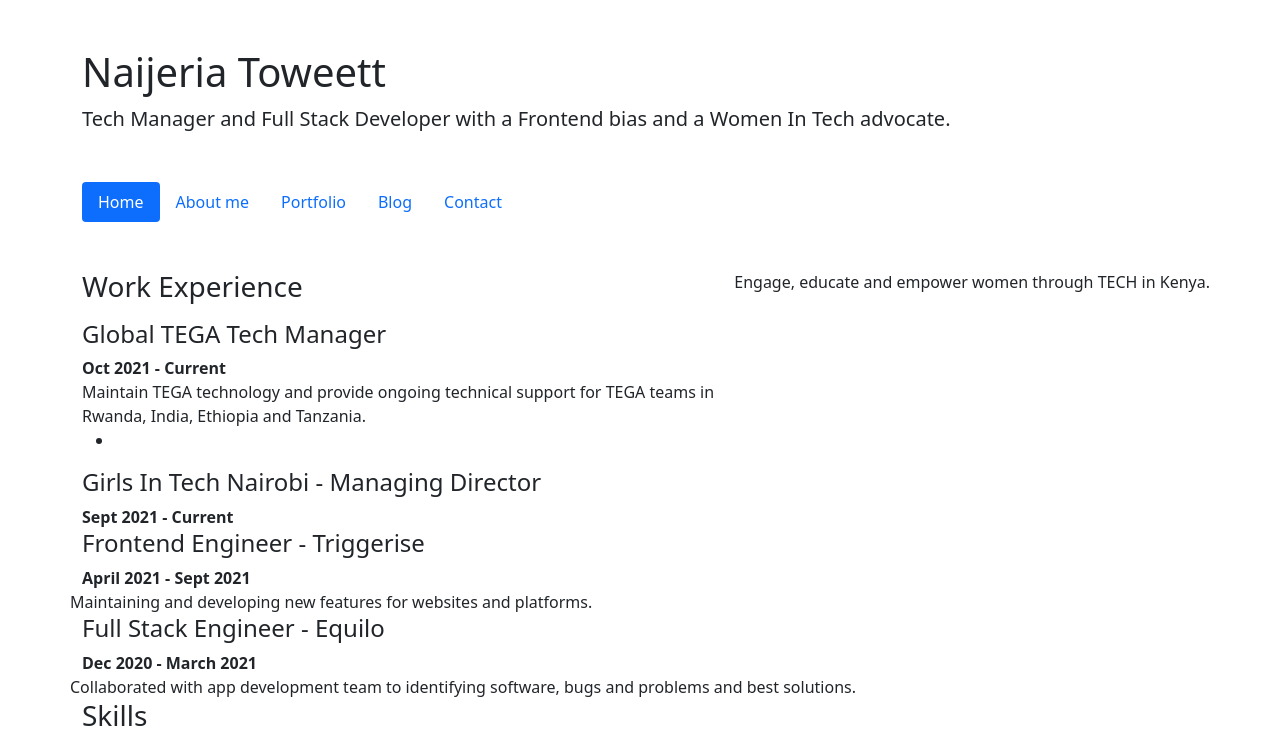
Repository: mamatechafrica/portfolio
Page: index.html
These files come from the project's save history. The page is drawn as it stood at one moment and after the next save; the edit follows.
The browser window is 1280 px wide. The pictures show the whole page.

Above is the page before, as saved 2022-01-04 14:24:38.

After the next save:
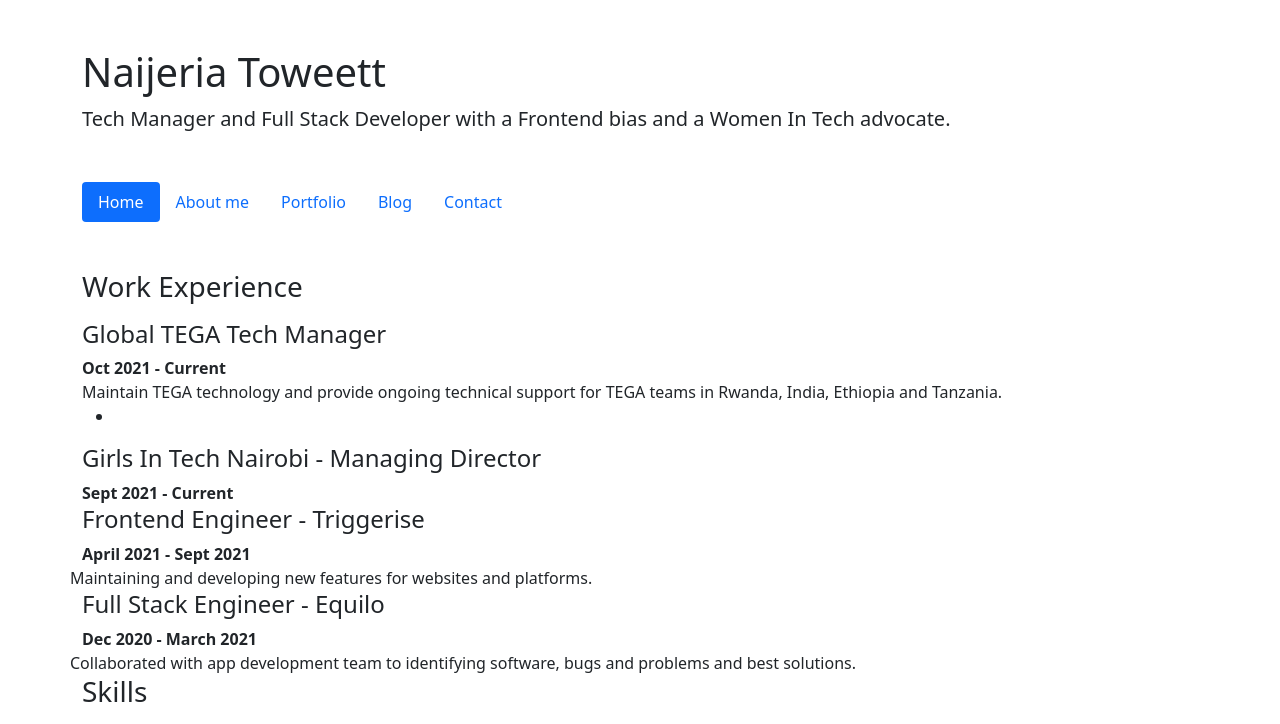
Saved 11 s later.
--- a/index.html
+++ b/index.html
@@ -55,7 +55,7 @@
                     <h4>Girls In Tech Nairobi - Managing Director</h4>
                         <strong>Sept 2021 - Current</strong>
                     </div>
-                        Engage, educate and empower women through TECH in Kenya.
+
                     <h4>Frontend Engineer - Triggerise</h4>
                     <div>
                         <strong>April 2021 - Sept 2021</strong>

After the 3 saves that followed:
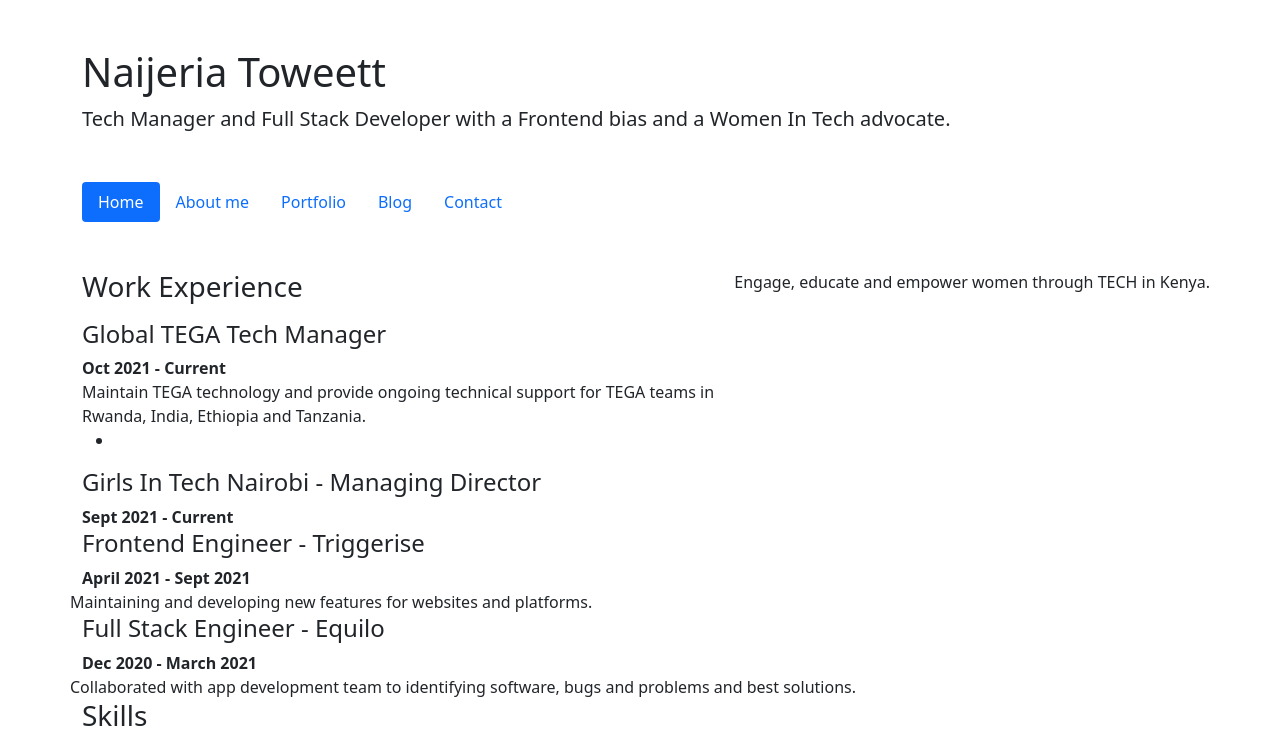
The 3 saves are shown as one change because 1 left the picture as it was and some came seconds apart.
The last was saved 14 s later.
--- a/index.html
+++ b/index.html
@@ -55,7 +55,7 @@
                     <h4>Girls In Tech Nairobi - Managing Director</h4>
                         <strong>Sept 2021 - Current</strong>
                     </div>
-
+                    Engage, educate and empower women through TECH in Kenya.
                     <h4>Frontend Engineer - Triggerise</h4>
                     <div>
                         <strong>April 2021 - Sept 2021</strong>
